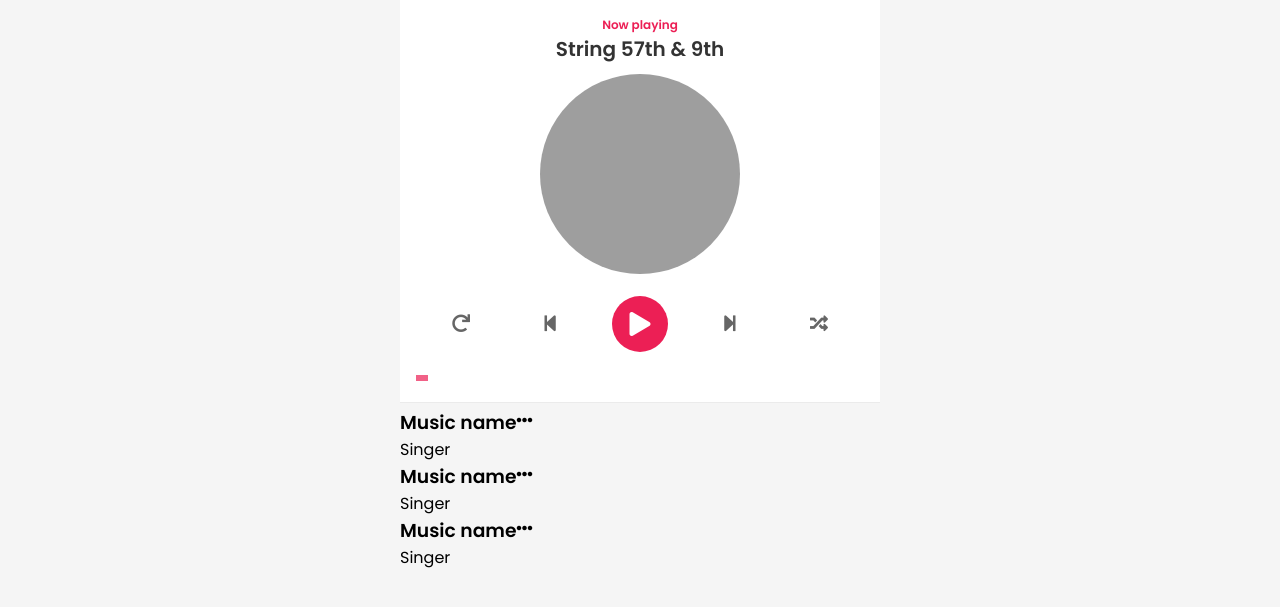
Repository: NBlue/Music_Player
Page: index.html
An editor plug-in stored every save of this project. The page is shown before and after the next save, followed by the edit.
The browser window is 1280 px wide. The pictures show the whole page.
Pictures or frames that could not be fetched are drawn as grey boxes.

Above is the page before, as saved 2021-10-12 23:09:07.

After the next save:
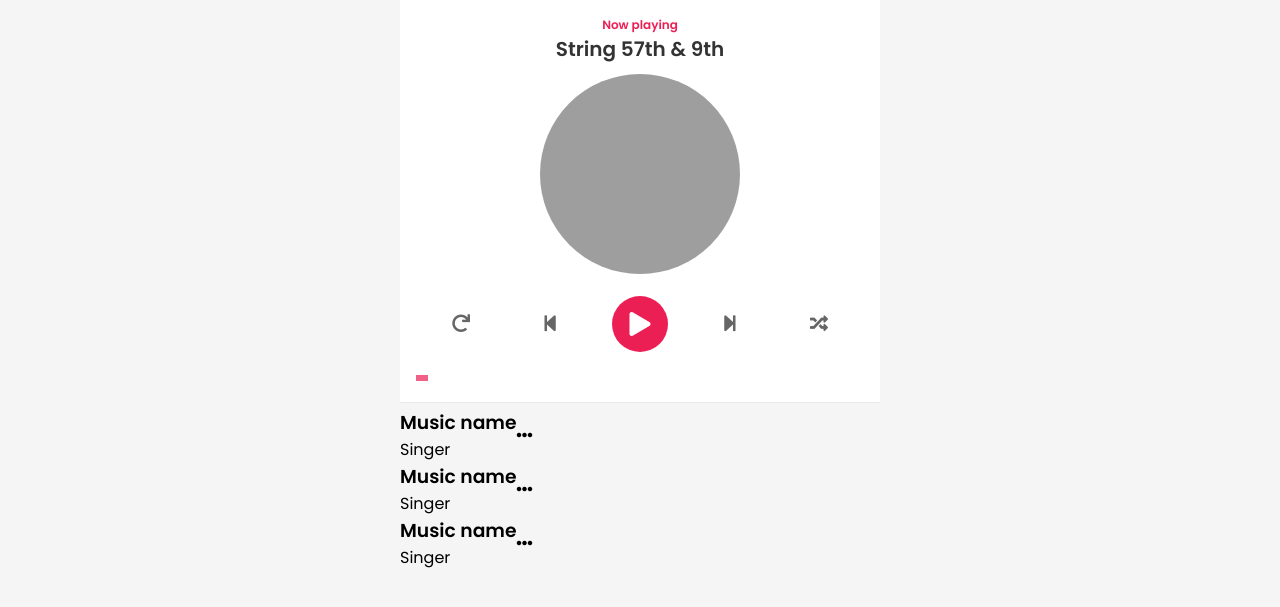
Saved 2 min 4 s later.
--- a/assets/css/style.css
+++ b/assets/css/style.css
@@ -136,7 +136,7 @@ header h2 {
 
 .song {
     display: flex;
-    /* align-items: center; */
+    align-items: center;
 }
 .thumb {
 }
